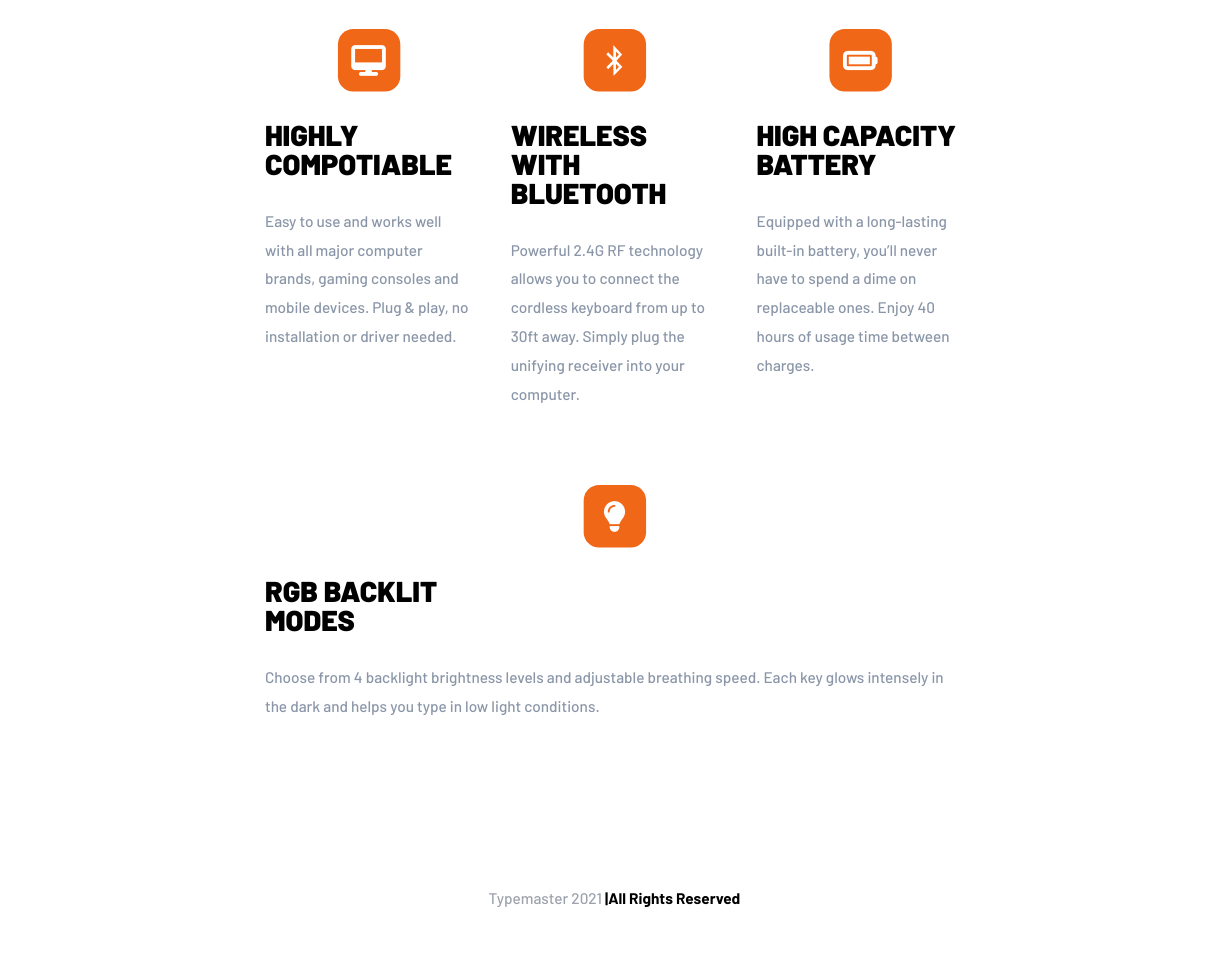
Repository: PeriAksoy/Figma
Page: figma1.html
An editor plug-in stored every save of this project. The page is shown before and after the next save, followed by the edit.
The browser window is 1280 px wide. The pictures show the part of the page from y = 1867 to 2877 px (the page is 2877 px tall before and 2522 px after), at 96% of full size.
A picture or video elsewhere on the page could not be fetched, so the positions and the page height are approximate.

Above is the page before, as saved 2024-07-04 17:49:13.

After the next save:
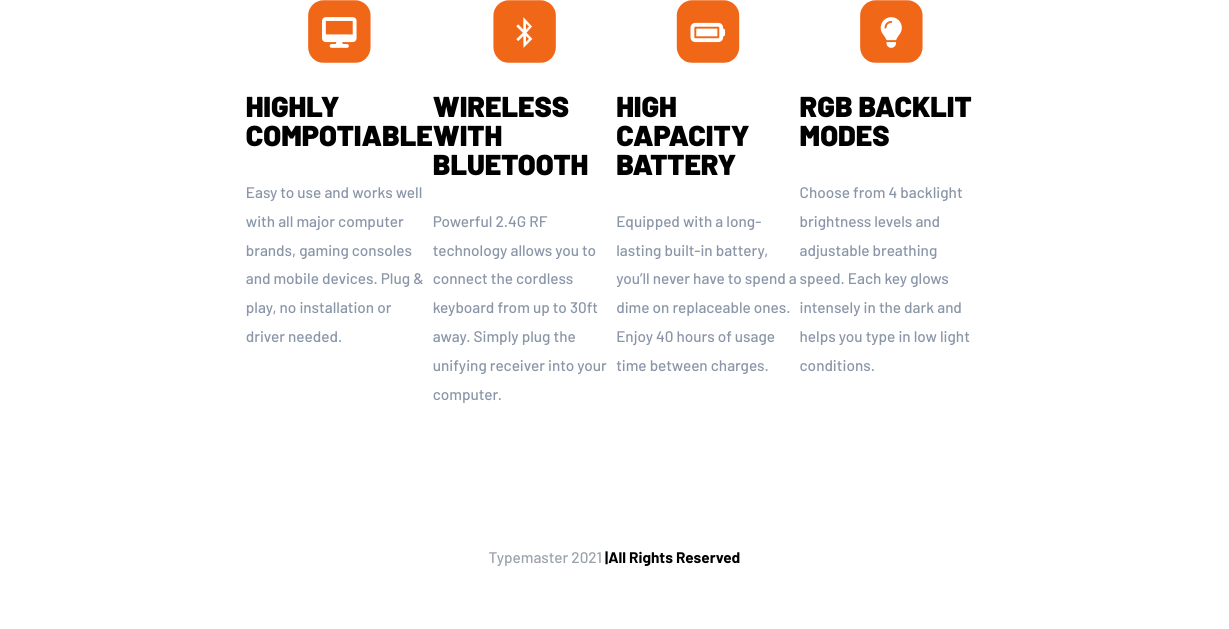
Saved 18 s later.
--- a/stylee.css
+++ b/stylee.css
@@ -173,7 +173,6 @@
 .boxes{
    flex-basis: 50%;
    margin-top: 20px;
-   padding: 30px 20px 30px 20px;
    flex:1;
    justify-content: flex-start;
    flex-shrink: 0;

After the save that followed:
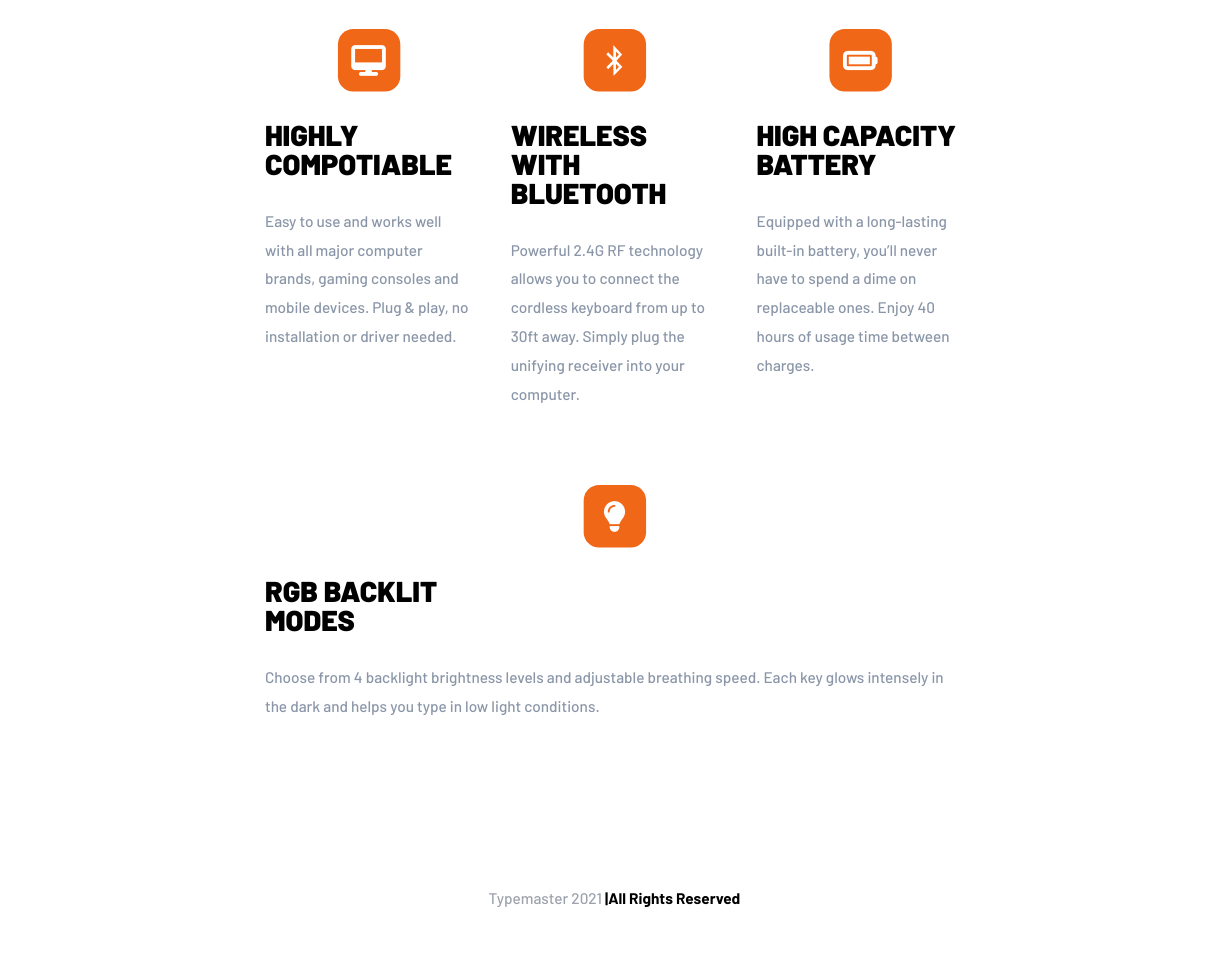
Saved 6 s later.
--- a/stylee.css
+++ b/stylee.css
@@ -173,6 +173,7 @@
 .boxes{
    flex-basis: 50%;
    margin-top: 20px;
+   padding: 30px 20px 30px 20px;
    flex:1;
    justify-content: flex-start;
    flex-shrink: 0;
